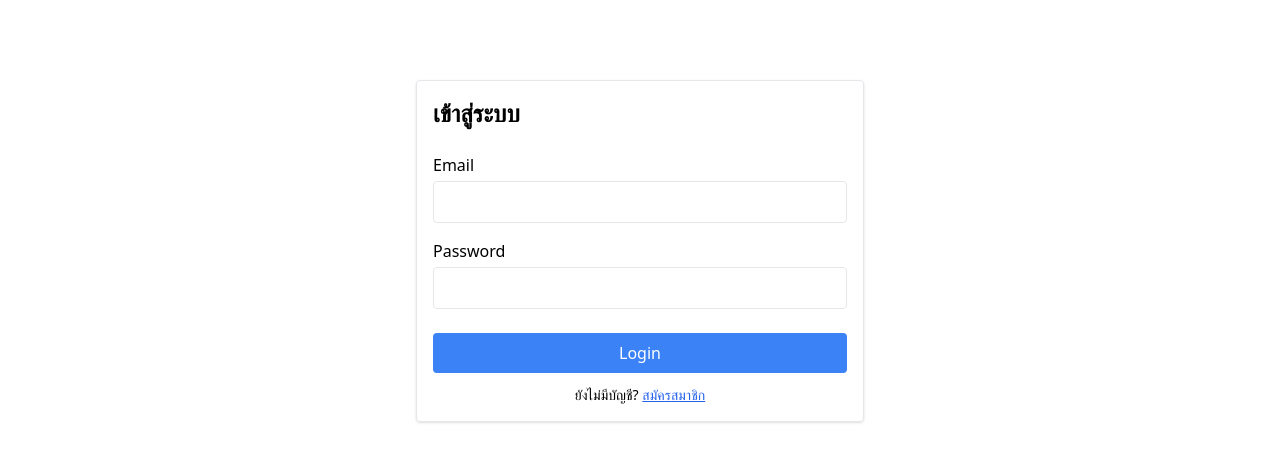
Repository: NongPond/Task_Management_App
Page: / (app in Task Management App/)
These files come from the project's save history. The page is drawn as it stood at one moment and after the next save; the edit follows.
The browser window is 1280 px wide. The pictures show the whole page.
The project was rebuilt for these pictures with package versions that can differ from the ones it lists, and the page was loaded fresh each time. Also part of the build but not shown: Task Management App/vite.config.ts, Task Management App/src/auth/Register.tsx, Task Management App/src/tasks/Tasks.tsx.

Above is the page before, as saved 2025-04-22 11:36:54.

### Task Management App/src/App.tsx
import { BrowserRouter, Routes, Route } from "react-router-dom";
import Login from "./auth/Login";
import Register from "./auth/Register";
import Tasks from "./tasks/Tasks";

function App() {
  return (
    <BrowserRouter>
      <Routes>
        <Route path="/" element={<Login />} />
        <Route path="/register" element={<Register />} />
        <Route path="/tasks" element={<Tasks />} />
      </Routes>
    </BrowserRouter>
  );
}

export default App;

### Task Management App/src/auth/Login.tsx
import { useState } from "react";
import { useNavigate, Link } from "react-router-dom";

function Login() {
  const [email, setEmail] = useState("");
  const [password, setPassword] = useState("");
  const navigate = useNavigate();

  const handleLogin = async () => {
    try {
      const response = await fetch("http://localhost:5000/api/auth/login", {
        method: "POST",
        headers: { "Content-Type": "application/json" },
        body: JSON.stringify({ email, password }),
      });

      if (!response.ok) {
        alert("อีเมลหรือรหัสผ่านไม่ถูกต้อง");
        return;
      }

      const data = await response.json();
      localStorage.setItem("token", data.token);
      localStorage.setItem("email", data.email);
      navigate("/tasks");
    } catch (error) {
      console.error("Login error:", error);
      alert("เกิดข้อผิดพลาดในการเข้าสู่ระบบ");
    }
  };

  return (
    <div className="p-4 max-w-md mx-auto mt-20 border rounded shadow">
      <h1 className="text-2xl font-bold mb-6">เข้าสู่ระบบ</h1>

      <div className="mb-4">
        <label className="block mb-1 font-medium">Email</label>
        <input
          type="email"
          value={email}
          onChange={(e) => setEmail(e.target.value)}
          className="w-full border px-3 py-2 rounded"
        />
      </div>

      <div className="mb-6">
        <label className="block mb-1 font-medium">Password</label>
        <input
          type="password"
          value={password}
          onChange={(e) => setPassword(e.target.value)}
          className="w-full border px-3 py-2 rounded"
        />
      </div>

      <button
        onClick={handleLogin}
        className="w-full bg-blue-500 text-white py-2 rounded hover:bg-blue-600 mb-3"
      >
        Login
      </button>

      <p className="text-sm text-center">
        ยังไม่มีบัญชี?{" "}
        <Link to="/register" className="text-blue-600 underline">
          สมัครสมาชิก
        </Link>
      </p>
    </div>
  );
}

export default Login;

Loaded but not shown: Task Management App/index.html (common file); Task Management App/src/main.tsx (common file); Task Management App/src/index.css (common file); Task Management App/tailwind.config.js (common file)

After the next save:
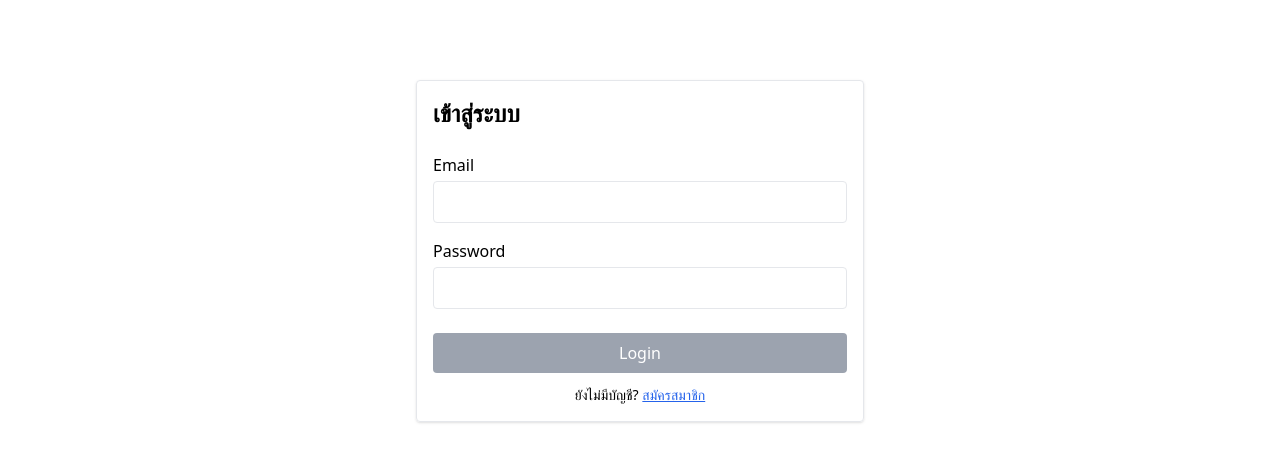
Saved 2 h 15 min later.
--- a/Task Management App/src/auth/Login.tsx
+++ b/Task Management App/src/auth/Login.tsx
@@ -1,17 +1,25 @@
-import { useState } from "react";
+import { Formik, Form, Field, ErrorMessage } from "formik";
+import * as Yup from "yup";
 import { useNavigate, Link } from "react-router-dom";
 
+const LoginSchema = Yup.object().shape({
+  email: Yup.string()
+    .email("รูปแบบอีเมลไม่ถูกต้อง")
+    .required("กรุณากรอกอีเมล"),
+  password: Yup.string()
+    .min(6, "รหัสผ่านต้องมีอย่างน้อย 6 ตัวอักษร")
+    .required("กรุณากรอกรหัสผ่าน"),
+});
+
 function Login() {
-  const [email, setEmail] = useState("");
-  const [password, setPassword] = useState("");
   const navigate = useNavigate();
 
-  const handleLogin = async () => {
+  const handleSubmit = async (values: { email: string; password: string }) => {
     try {
       const response = await fetch("http://localhost:5000/api/auth/login", {
         method: "POST",
         headers: { "Content-Type": "application/json" },
-        body: JSON.stringify({ email, password }),
+        body: JSON.stringify(values),
       });
 
       if (!response.ok) {
@@ -33,32 +41,53 @@
     <div className="p-4 max-w-md mx-auto mt-20 border rounded shadow">
       <h1 className="text-2xl font-bold mb-6">เข้าสู่ระบบ</h1>
 
-      <div className="mb-4">
-        <label className="block mb-1 font-medium">Email</label>
-        <input
-          type="email"
-          value={email}
-          onChange={(e) => setEmail(e.target.value)}
-          className="w-full border px-3 py-2 rounded"
-        />
-      </div>
+      <Formik
+        initialValues={{ email: "", password: "" }}
+        validationSchema={LoginSchema}
+        onSubmit={handleSubmit}
+      >
+        {({ isValid, dirty }) => (
+          <Form>
+            <div className="mb-4">
+              <label className="block mb-1 font-medium">Email</label>
+              <Field
+                name="email"
+                type="email"
+                className="w-full border px-3 py-2 rounded"
+              />
+              <ErrorMessage
+                name="email"
+                component="div"
+                className="text-red-500 text-sm"
+              />
+            </div>
 
-      <div className="mb-6">
-        <label className="block mb-1 font-medium">Password</label>
-        <input
-          type="password"
-          value={password}
-          onChange={(e) => setPassword(e.target.value)}
-          className="w-full border px-3 py-2 rounded"
-        />
-      </div>
+            <div className="mb-6">
+              <label className="block mb-1 font-medium">Password</label>
+              <Field
+                name="password"
+                type="password"
+                className="w-full border px-3 py-2 rounded"
+              />
+              <ErrorMessage
+                name="password"
+                component="div"
+                className="text-red-500 text-sm"
+              />
+            </div>
 
-      <button
-        onClick={handleLogin}
-        className="w-full bg-blue-500 text-white py-2 rounded hover:bg-blue-600 mb-3"
-      >
-        Login
-      </button>
+            <button
+              type="submit"
+              disabled={!(isValid && dirty)}
+              className={`w-full py-2 rounded mb-3 text-white ${
+                isValid && dirty ? "bg-blue-500 hover:bg-blue-600" : "bg-gray-400 cursor-not-allowed"
+              }`}
+            >
+              Login
+            </button>
+          </Form>
+        )}
+      </Formik>
 
       <p className="text-sm text-center">
         ยังไม่มีบัญชี?{" "}

After the save that followed:
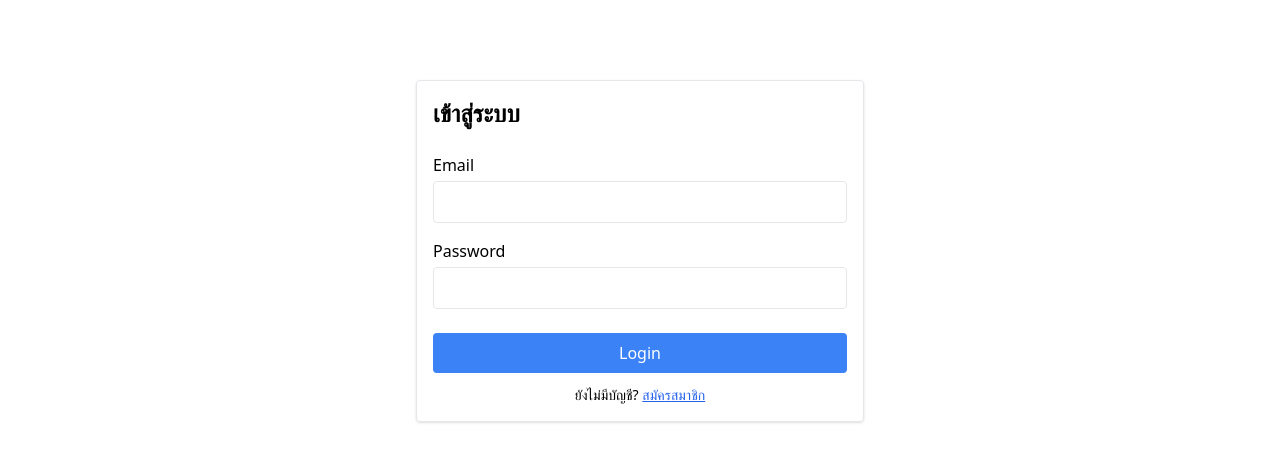
Saved 7 min 6 s later.
--- a/Task Management App/src/auth/Login.tsx
+++ b/Task Management App/src/auth/Login.tsx
@@ -1,93 +1,74 @@
-import { Formik, Form, Field, ErrorMessage } from "formik";
-import * as Yup from "yup";
-import { useNavigate, Link } from "react-router-dom";
-
-const LoginSchema = Yup.object().shape({
-  email: Yup.string()
-    .email("รูปแบบอีเมลไม่ถูกต้อง")
-    .required("กรุณากรอกอีเมล"),
-  password: Yup.string()
-    .min(6, "รหัสผ่านต้องมีอย่างน้อย 6 ตัวอักษร")
-    .required("กรุณากรอกรหัสผ่าน"),
-});
+import { useFormik } from 'formik';
+import * as Yup from 'yup';
+import { useNavigate, Link } from 'react-router-dom';
 
 function Login() {
   const navigate = useNavigate();
 
-  const handleSubmit = async (values: { email: string; password: string }) => {
-    try {
-      const response = await fetch("http://localhost:5000/api/auth/login", {
-        method: "POST",
-        headers: { "Content-Type": "application/json" },
-        body: JSON.stringify(values),
-      });
+  const formik = useFormik({
+    initialValues: {
+      email: '',
+      password: '',
+    },
+    validationSchema: Yup.object({
+      email: Yup.string().email('รูปแบบอีเมลไม่ถูกต้อง').required('กรุณากรอกอีเมล'),
+      password: Yup.string().min(6, 'รหัสผ่านต้องมีอย่างน้อย 6 ตัวอักษร').required('กรุณากรอกรหัสผ่าน'),
+    }),
+    onSubmit: (values) => {
+      const users = JSON.parse(localStorage.getItem("users") || "[]");
+      const matchedUser = users.find((user: any) =>
+        user.email === values.email && user.password === values.password
+      );
 
-      if (!response.ok) {
+      if (matchedUser) {
+        localStorage.setItem("token", "1234");
+        localStorage.setItem("email", values.email);
+        navigate("/tasks");
+      } else {
         alert("อีเมลหรือรหัสผ่านไม่ถูกต้อง");
-        return;
       }
-
-      const data = await response.json();
-      localStorage.setItem("token", data.token);
-      localStorage.setItem("email", data.email);
-      navigate("/tasks");
-    } catch (error) {
-      console.error("Login error:", error);
-      alert("เกิดข้อผิดพลาดในการเข้าสู่ระบบ");
-    }
-  };
+    },
+  });
 
   return (
     <div className="p-4 max-w-md mx-auto mt-20 border rounded shadow">
       <h1 className="text-2xl font-bold mb-6">เข้าสู่ระบบ</h1>
+      <form onSubmit={formik.handleSubmit}>
+        <div className="mb-4">
+          <label className="block mb-1 font-medium">Email</label>
+          <input
+            type="email"
+            name="email"
+            value={formik.values.email}
+            onChange={formik.handleChange}
+            className="w-full border px-3 py-2 rounded"
+          />
+          {formik.touched.email && formik.errors.email && (
+            <div className="text-red-500 text-sm mt-1">{formik.errors.email}</div>
+          )}
+        </div>
 
-      <Formik
-        initialValues={{ email: "", password: "" }}
-        validationSchema={LoginSchema}
-        onSubmit={handleSubmit}
-      >
-        {({ isValid, dirty }) => (
-          <Form>
-            <div className="mb-4">
-              <label className="block mb-1 font-medium">Email</label>
-              <Field
-                name="email"
-                type="email"
-                className="w-full border px-3 py-2 rounded"
-              />
-              <ErrorMessage
-                name="email"
-                component="div"
-                className="text-red-500 text-sm"
-              />
-            </div>
+        <div className="mb-6">
+          <label className="block mb-1 font-medium">Password</label>
+          <input
+            type="password"
+            name="password"
+            value={formik.values.password}
+            onChange={formik.handleChange}
+            className="w-full border px-3 py-2 rounded"
+          />
+          {formik.touched.password && formik.errors.password && (
+            <div className="text-red-500 text-sm mt-1">{formik.errors.password}</div>
+          )}
+        </div>
 
-            <div className="mb-6">
-              <label className="block mb-1 font-medium">Password</label>
-              <Field
-                name="password"
-                type="password"
-                className="w-full border px-3 py-2 rounded"
-              />
-              <ErrorMessage
-                name="password"
-                component="div"
-                className="text-red-500 text-sm"
-              />
-            </div>
-
-            <button
-              type="submit"
-              disabled={!(isValid && dirty)}
-              className={`w-full py-2 rounded mb-3 text-white ${
-                isValid && dirty ? "bg-blue-500 hover:bg-blue-600" : "bg-gray-400 cursor-not-allowed"
-              }`}
-            >
-              Login
-            </button>
-          </Form>
-        )}
-      </Formik>
+        <button
+          type="submit"
+          className="w-full bg-blue-500 text-white py-2 rounded hover:bg-blue-600 mb-3"
+        >
+          Login
+        </button>
+      </form>
 
       <p className="text-sm text-center">
         ยังไม่มีบัญชี?{" "}
